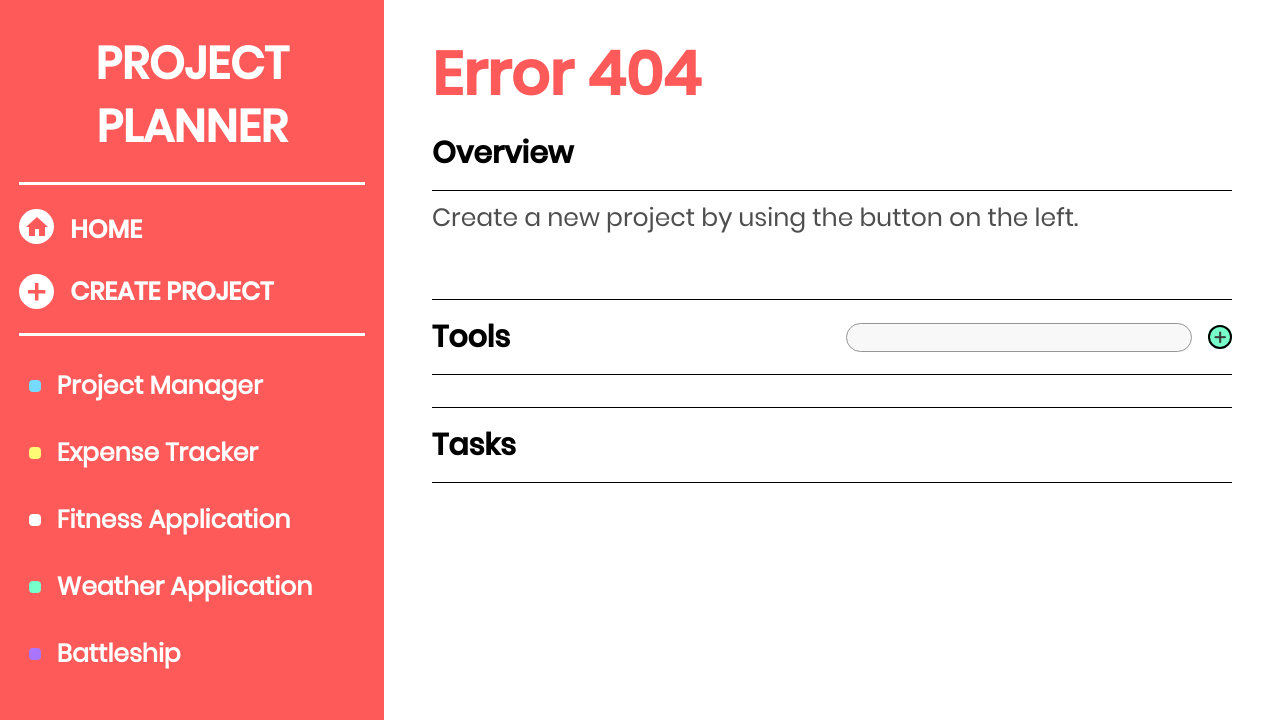
Repository: AzharMoosa/project-manager
Page: /project
These files come from the project's save history. The page is drawn as it stood at one moment and after the next save; the edit follows.
The browser window is 1280 px wide. The pictures show the whole page.
The project was rebuilt for these pictures with package versions that can differ from the ones it lists, and the page was loaded fresh each time. A package was used in the major version that the imports need, not the one package.json lists. Also part of the build but not shown: src/components/home/ProgressBar.js, src/components/home/ProjectProgress.js, src/components/home/Home.js, src/components/current-project/Task.js.

Above is the page before, as saved 2020-06-24 10:25:29.

### public/index.html
<!DOCTYPE html>
<html lang="en">
  <head>
    <meta charset="utf-8" />
    <link rel="icon" href="%PUBLIC_URL%/favicon.ico" />
    <meta name="viewport" content="width=device-width, initial-scale=1" />
    <meta name="theme-color" content="#000000" />
    <meta
      name="description"
      content="Web site created using create-react-app"
    />
    <link rel="apple-touch-icon" href="%PUBLIC_URL%/logo192.png" />

    <link rel="manifest" href="%PUBLIC_URL%/manifest.json" />

    <title>Project Planner</title>
  </head>
  <body>
    <noscript>You need to enable JavaScript to run this app.</noscript>
    <div id="root"></div>
  </body>
</html>

### src/App.js
import React from "react";
import Sidebar from "./components/sidebar/Siebar";
import Main from "./components/Main";
import Modal from "./components/modal/Modal";
import { ProjectProvider } from "./ProjectContext";
import { SelectedProjectProvider } from "./SelectedProjectContext";
import { BrowserRouter } from "react-router-dom";

import "./App.css";

function App() {
  return (
    <BrowserRouter>
      <ProjectProvider>
        <SelectedProjectProvider>
          <div className='container'>
            <Sidebar />
            <Main />
            <Modal />
          </div>
        </SelectedProjectProvider>
      </ProjectProvider>
    </BrowserRouter>
  );
}

export default App;

### src/components/sidebar/Siebar.js
import React from "react";
import Header from "./Header";
import ProjectList from "../project-list/ProjectList";

const Siebar = () => {
  return (
    <div className='sidebar'>
      <Header />
      <ProjectList />
    </div>
  );
};

export default Siebar;

### src/components/Main.js
import React from "react";
import { Switch, Route } from "react-router-dom";
import Home from "./home/Home";
import CurrentProject from "./current-project/CurrentProject";

const Main = () => {
  return (
    <Switch>
      <Route exact path='/' component={Home}></Route>
      <Route exact path='/project' component={CurrentProject}></Route>
    </Switch>
  );
};

export default Main;

### src/components/modal/Modal.js
import React, { useContext, useState } from "react";
import { ProjectContext } from "../../ProjectContext";

const Modal = () => {
  // eslint-disable-next-line
  const [projects, setProjects] = useContext(ProjectContext);
  const [projectTitle, setProjectTitle] = useState("");
  const [projectOverview, setProjectOverview] = useState("");

  const hidePopup = () => {
    let popup = document.querySelector(".create-project-popup");
    popup.classList.add("hide");
  };

  const createProject = (e) => {
    if (projectTitle === "") {
      return;
    }
    e.preventDefault();
    let newProject = {
      name: projectTitle,
      overview: projectOverview,
      tools: [],
      progress: 0,
      tasks: [],
      color: "white",
      date: "",
      id: Math.floor(Math.random() * 100),
    };
    setProjects((projects) => [...projects, newProject]);
    setProjectTitle("");
    setProjectOverview("");
    clearTitleInput();
    clearOverviewInput();
    hidePopup();
  };

  const clearTitleInput = () => {
    let titleInput = document.querySelector(".title-input");
    titleInput.value = "";
  };

  const clearOverviewInput = () => {
    let overviewInput = document.querySelector(".overview-input");
    overviewInput.value = "";
  };

  return (
    <div className='create-project-popup hide'>
      <div className='create-project-popup-content'>
        <h1>CREATE PROJECT</h1>
        <form className='form-input'>
          <label htmlFor='title'>PROJECT TITLE</label>
          <input
            type='text'
            onChange={(e) => setProjectTitle(e.target.value)}
            className='title-input'
          />
          <label htmlFor='title'>PROJECT OVERVIEW</label>
          <textarea
            type='text'
            onChange={(e) => setProjectOverview(e.target.value)}
            className='overview-input'
          />
          <button className='create-btn' onClick={createProject}>
            CREATE
          </button>
        </form>
      </div>
    </div>
  );
};

export default Modal;

### src/ProjectContext.js
import React, { useState, createContext } from "react";

export const ProjectContext = createContext();

export const ProjectProvider = (props) => {
  const [projects, setProjects] = useState([
    {
      name: "Project Manager",
      overview:
        "A project management application which allows you to plan personal projects and track its progress.  Create detail plans of projects before developing projects.",
      tools: ["HTML", "CSS", "JAVASCRIPT", "REACT"],
      progress: 60,
      tasks: [
        { task: "Create Project Plans", complete: true },
        { task: "Todo List for Each Project", complete: false },
        { task: "Track Progress", complete: true },
        { task: "Priority List", complete: true },
        { task: "Choose Tools In Each Project", complete: false },
        { task: "Clean And Simple Design", complete: true },
        { task: "Use REACT", complete: false },
      ],
      color: "blue",
      date: "26/06/2020",
      id: 28392,
    },

    {
      name: "Expense Tracker",
      overview:
        "A expense tracker application which allows you to budget and track your savings.  Track what expenses you have.",
      tools: ["HTML", "CSS", "JAVASCRIPT", "REACT"],
      progress: 40,
      tasks: [
        { task: "Expenses In And Out", complete: true },
        { task: "Current Balance", complete: false },
        { task: "Highest Money Out", complete: true },
        { task: "Clean And Simple Design", complete: true },
        { task: "Use REACT", complete: false },
      ],
      color: "yellow",
      date: "",
      id: 2032,
    },

    {
      name: "Fitness Application",
      overview:
        "A fitness application which can track workouts and meal plans. Plan exercise routines and meal plans all in one hub.",
      tools: [
        "HTML",
        "CSS",
        "JAVASCRIPT",
        "REACT",
        "NODEJS",
        "EXPRESS",
        "MONGODB",
      ],
      progress: 0,
      tasks: [
        { task: "Exercise Plan", complete: true },
        { task: "Diet Plan", complete: false },
        { task: "Clean And Simple Design", complete: true },
        { task: "Use REACT", complete: false },
      ],
      color: "white",
      date: "30/09/2020",
      id: 203234,
    },

    {
      name: "Weather Application",
      overview:
        "A weather application which can track weather and climate. See weather and climate for different locations all around the world.",
      tools: ["HTML", "CSS", "JAVASCRIPT", "REACT", "ADOBE XD"],
      progress: 30,
      tasks: [
        { task: "Weather", complete: true },
        { task: "Temp, Humidity, Pressure", complete: false },
        { task: "Clean And Simple Design", complete: true },
        { task: "Use REACT", complete: false },
      ],
      color: "green",
      date: "16/12/2020",
      id: 20327734,
    },

    {
      name: "Battleship",
      overview: "Battleship created in REACT and using Javascript Testing.",
      tools: ["HTML", "CSS", "JAVASCRIPT", "REACT", "ADOBE XD", "JEST"],
      progress: 100,
      tasks: [
        { task: "Battleship Game", complete: true },
        { task: "Using Testing", complete: false },
        { task: "Clean And Simple Design", complete: true },
        { task: "Use REACT", complete: false },
      ],
      color: "purple",
      date: "",
      id: 2027734,
    },
  ]);

  return (
    <ProjectContext.Provider value={[projects, setProjects]}>
      {props.children}
    </ProjectContext.Provider>
  );
};

### src/SelectedProjectContext.js
import React, { useState, createContext } from "react";

export const SelectedProjectContext = createContext();

export const SelectedProjectProvider = (props) => {
  const [selectedProject, setSelectedProject] = useState({
    name: "Error 404",
    overview: "Create a new project by using the button on the left.",
    tools: [],
    progress: 0,
    tasks: [],
    color: "",
    date: "",
    id: 21,
  });

  return (
    <SelectedProjectContext.Provider
      value={[selectedProject, setSelectedProject]}
    >
      {props.children}
    </SelectedProjectContext.Provider>
  );
};

### src/App.css
:root {
  --red: #ff5a5a;
  --green: #76ffca;
  --blue: #76daff;
  --yellow: #fffa76;
  --purple: #ab76ff;
}

/* CSS RESET */

* {
  margin: 0;
  padding: 0;
  box-sizing: border-box;
}

/* Fonts */

@font-face {
  font-family: "Poppins-Med";
  src: url("./fonts/Poppins-Medium.ttf");
}

@font-face {
  font-family: "Poppins-Reg";
  src: url("./fonts/Poppins-Regular.ttf");
}

/* Body */

body {
  font-family: "Poppins-Reg";
  line-height: 1.4;
}

/* Utilities */

/* Bullet Points */

.white:before,
.blue:before,
.yellow:before,
.green:before,
.purple:before {
  content: " ";
  height: 12px;
  width: 12px;
  margin-right: 1rem;
  border-radius: 4px;
}

.blue:before {
  background-color: var(--blue);
}

.yellow:before {
  background-color: var(--yellow);
}

.green:before {
  background-color: var(--green);
}

.purple:before {
  background-color: var(--purple);
}

.white:before {
  background-color: #fff;
}

/* Container */
.container {
  display: flex;
}

/* Sidebar */
.sidebar {
  width: 30vw;
  background-color: var(--red);
  min-height: 100vh;
  color: #fff;
}

.title {
  font-size: 45px;
  font-family: "Poppins-Med";
  text-align: center;
  padding-top: 2rem;
}

.nav-btns::after,
.nav-btns:before {
  content: " ";
  display: block;
  border-bottom: 3px solid #fff;
  width: 100%;
  margin: 1.5rem auto;
}

.nav-btns {
  width: 90%;
  margin: auto;
}

.home-btn,
.create-project-btn {
  display: flex;
  align-items: center;
  margin-top: 1.5rem;
}

.home-btn h3,
.create-project-btn h3 {
  margin-left: 1rem;
  font-family: "Poppins-Med";
  font-size: 25px;
}

.home-btn svg,
.create-project-btn svg {
  cursor: pointer;
}

/* Home */

.home {
  width: 70vw;
  display: flex;
  flex-direction: column;
}

.home-title {
  font-size: 80px;
  font-family: "Poppins-Med";
  color: var(--red);
  text-align: center;
  margin-top: 1rem;
}

.home-title:after {
  content: " ";
  display: block;
  border-bottom: 5px solid var(--red);
  width: 342px;
  margin: 0 auto 1.5rem auto;
}

/* Selected Project */

.selected-project {
  width: 70vw;
  display: flex;
  flex-direction: column;
  padding: 2rem 3rem;
}

.selected-project-title {
  color: var(--red);
  font-size: 60px;
  font-family: "Poppins-Med";
}

.selected-project h3 {
  font-size: 30px;
  font-family: "Poppins-Med";
  margin-top: 1rem;
}

.selected-project-heading:after,
.tools:before {
  content: " ";
  display: block;
  border-bottom: 1px solid #000;
  padding: 0.5rem 0;
}

.overview {
  color: #4e4e4e;
  font-size: 25px;
  font-family: "Poppins-Reg";
  padding: 0.5rem 0;
  outline: none;
  border: none;
  resize: none;
}

.tools-head {
  display: flex;
  justify-content: space-between;
  align-items: center;
  border-bottom: 1px solid #000;
  padding-bottom: 1rem;
}

.tools-input {
  margin-top: 1rem;
  display: flex;
  justify-content: center;
  align-items: center;
}

.add-tools {
  width: 346px;
  height: 29px;
  background-color: #f8f8f8;
  border: 1px solid #959595;
  border-radius: 15px;
  margin-right: 1rem;
  font-size: 15px;
  outline: none;
  padding: 0 1rem;
}

.add-tool-btn {
  cursor: pointer;
}

.tools-body {
  border-bottom: 1px solid #000;
}

.tools-body h3 {
  font-family: "Poppins-Reg";
  padding-bottom: 1rem;
  color: #4e4e4e;
  font-size: 25px;
}

.tasks-title {
  display: flex;
  align-items: center;
  border-bottom: 1px solid #000;
  padding-bottom: 1rem;
}

.bullet-point {
  border-radius: 50%;
  width: 41px;
  height: 41px;
  background: #fff;
  border: 3px solid #000;
  cursor: pointer;
  margin-right: 1rem;
}

.complete {
  background: var(--blue);
}

.task {
  display: flex;
  align-items: center;
}

.task h3 {
  font-size: 25px;
  font-family: "Poppins-Reg";
  margin-bottom: 1rem;
}

/* Project Sidebar List */

.project-side {
  width: 85%;
  margin: 2rem auto;
  display: flex;
  align-items: center;
  cursor: pointer;
}

.project-side h3 {
  font-size: 25px;
}

/* Progress Bar */
.progressbar {
  width: 90%;
  background-color: #fff;
  border: 2px solid #2f2f2f;
  border-radius: 17px;
  margin: 0 auto 2rem auto;
}

.progressbar > div {
  background-color: var(--green);
  height: 33px;
  border-radius: 17px;
}

.progressbar > div h3 {
  display: flex;
  justify-content: flex-end;
  align-items: center;
  line-height: 1.8;
  margin-right: 1rem;
}

/* Project List */

.project-title {
  width: 90%;
  margin: 1.2rem auto;
  display: flex;
  justify-content: space-between;
}

.project-title h3 {
  font-size: 25px;
  font-family: "Poppins-Med";
}

.project-title h4 {
  font-size: 20px;
  font-family: "Poppins-Reg";
  color: #505050;
}

/* Create Project Popup */

.hide {
  display: none !important;
}

.create-project-popup {
  display: flex;
  justify-content: center;
  align-items: center;
  position: fixed;
  z-index: 1;
  left: 0;
  top: 0;
  width: 100%;
  height: 100%;
  background-color: rgb(0, 0, 0);
  background-color: rgba(99, 99, 99, 0.6);
}

.create-project-popup-content {
  background-color: var(--red);
  padding: 20px;
  border: 3px solid #343434;
  min-width: 526px;
  min-height: 617px;
  color: #fff;
  -webkit-box-shadow: 10px 10px 6px 0px rgba(0, 0, 0, 0.75);
  -moz-box-shadow: 10px 10px 6px 0px rgba(0, 0, 0, 0.75);
  box-shadow: 10px 10px 6px 0px rgba(0, 0, 0, 0.75);
}

.create-project-popup-content h1 {
  text-align: center;
}

.create-project-popup-content h1:after {
  content: " ";
  display: block;
  border-bottom: 3px solid #fff;
  width: 250px;
  margin: 0 auto 1.5rem auto;
}

.form-input {
  width: 100%;
  display: flex;
  flex-direction: column;
  justify-content: center;
}

.form-input label {
  font-size: 25px;
  font-family: "Poppins-Med";
}

.form-input input {
  height: 46px;
  background-color: transparent;
  border: 2px solid #fff;
  outline: none;
  color: #fff;
  font-size: 21px;
  padding: 0 0.5rem;
  width: 100%;
  margin-bottom: 2rem;
}

.form-input textarea {
  height: 202px;
  background-color: transparent;
  border: 2px solid #fff;
  outline: none;
  color: #fff;
  font-size: 21px;
  padding: 0.5rem 0.5rem;
  width: 100%;
  margin-bottom: 2rem;
  font-family: "Poppins-Reg";
}

.create-btn {
  background-color: var(--green);
  width: 155px;
  height: 48px;
  border-radius: 24px;
  border: none;
  font-size: 22px;
  margin: 2rem auto 0 auto;
}

### src/components/sidebar/Header.js
import React from "react";
import { Link } from "react-router-dom";

const Header = () => {
  const displayPopup = () => {
    let popup = document.querySelector(".create-project-popup");
    popup.classList.remove("hide");
  };

  return (
    <div>
      <h1 className='title'>PROJECT PLANNER</h1>
      <div className='nav-btns'>
        <div className='home-btn'>
          <Link to='/'>
            <svg
              xmlns='http://www.w3.org/2000/svg'
              width='35'
              height='35'
              viewBox='0 0 35 35'
            >
              <g
                id='Home_Btn'
                data-name='Home Btn'
                transform='translate(-139 -182)'
              >
                <circle
                  id='Ellipse_1'
                  data-name='Ellipse 1'
                  cx='17.5'
                  cy='17.5'
                  r='17.5'
                  transform='translate(139 182)'
                  fill='#fff'
                />
                <path
                  id='icons8-home'
                  d='M12,2.1,1,12H4v9h6V14h4v7h6V12h3Z'
                  transform='translate(145 187.9)'
                  fill='#ff5a5a'
                />
              </g>
            </svg>
          </Link>
          <h3>HOME</h3>
        </div>

        <div className='create-project-btn'>
          <svg
            xmlns='http://www.w3.org/2000/svg'
            width='35'
            height='35'
            viewBox='0 0 35 35'
            onClick={displayPopup}
          >
            <g id='Group_6' data-name='Group 6' transform='translate(-50 -242)'>
              <circle
                id='Ellipse_2'
                data-name='Ellipse 2'
                cx='17.5'
                cy='17.5'
                r='17.5'
                transform='translate(50 242)'
                fill='#fff'
              />
              <path
                id='icons8-plus'
                d='M8.922,2V8.922H2v1.538H8.922v6.922h1.538V10.461h6.922V8.922H10.461V2Z'
                transform='translate(58 250)'
                fill='#ff5a5a'
                stroke='#ff5a5a'
                strokeWidth='2'
                fillRule='evenodd'
              />
            </g>
          </svg>
          <h3>CREATE PROJECT</h3>
        </div>
      </div>
    </div>
  );
};

export default Header;

### src/components/project-list/ProjectList.js
import React, { useContext } from "react";
import { ProjectContext } from "../../ProjectContext";
import ProjectSide from "./ProjectSide";

const ProjectList = () => {
  // eslint-disable-next-line
  const [projects, setProjects] = useContext(ProjectContext);

  return (
    <div>
      {projects.map((project) => (
        <ProjectSide
          name={project.name}
          color={project.color}
          key={project.id}
          project={project}
        />
      ))}
    </div>
  );
};

export default ProjectList;

### src/components/current-project/CurrentProject.js
import React, { useContext, useState } from "react";
import Task from "./Task";

import { SelectedProjectContext } from "../../SelectedProjectContext";

const CurrentProject = () => {
  // eslint-disable-next-line
  const [selectedProject, setSelectedProject] = useContext(
    SelectedProjectContext
  );

  const modifyOverview = (e) => {};

  return (
    <div className='selected-project'>
      <h1 className='selected-project-title'>{selectedProject.name}</h1>
      <h3 className='selected-project-heading'>Overview</h3>
      <textarea
        type='text'
        className='overview'
        value={selectedProject.overview}
        onChange={modifyOverview}
      />
      <div className='tools'>
        <div className='tools-head'>
          <h3>Tools</h3>
          <div className='tools-input'>
            <input type='text' className='add-tools' />
            <svg
              xmlns='http://www.w3.org/2000/svg'
              width='24'
              height='24'
              viewBox='0 0 24 24'
              className='add-tool-btn'
            >
              <g
                id='Add_Tool_Btn'
                data-name='Add Tool Btn'
                transform='translate(-49.866 -241.866)'
              >
                <g
                  id='Ellipse_2'
                  data-name='Ellipse 2'
                  transform='translate(49.866 241.866)'
                  fill='#76ffca'
                  stroke='#000'
                  strokeWidth='2'
                >
                  <circle cx='12' cy='12' r='12' stroke='none' />
                  <circle cx='12' cy='12' r='11' fill='none' />
                </g>
                <path
                  id='icons8-plus'
                  d='M6.72,2V6.72H2V7.769H6.72v4.72H7.769V7.769h4.72V6.72H7.769V2Z'
                  transform='translate(54.819 246.819)'
                  stroke='#404040'
                  strokeWidth='1'
                  fillRule='evenodd'
                />
              </g>
            </svg>
          </div>
        </div>
        <div className='tools-body'>
          <h3>{selectedProject.tools.join(" | ")}</h3>
        </div>
      </div>

      <h3 className='selected-project-heading'>Tasks</h3>

      <div className='tasks'>
        {selectedProject.tasks.map((task) => (
          <Task key={Math.random() * 100} task={task} />
        ))}
      </div>
    </div>
  );
};

export default CurrentProject;

### src/components/project-list/ProjectSide.js
import React, { useContext } from "react";
import { SelectedProjectContext } from "../../SelectedProjectContext";
import { Link } from "react-router-dom";

const Project = ({ name, color, project }) => {
  // eslint-disable-next-line
  const [selectedProject, setSelectedProject] = useContext(
    SelectedProjectContext
  );

  return (
    <Link to='/project' style={{ textDecoration: "none", color: "#fff" }}>
      <div className={`project-side ${color}`}>
        <h3
          onClick={() => {
            setSelectedProject(project);
          }}
        >
          {name}
        </h3>
      </div>
    </Link>
  );
};

export default Project;

Loaded but not shown: src/index.js (common file)

After the next save:
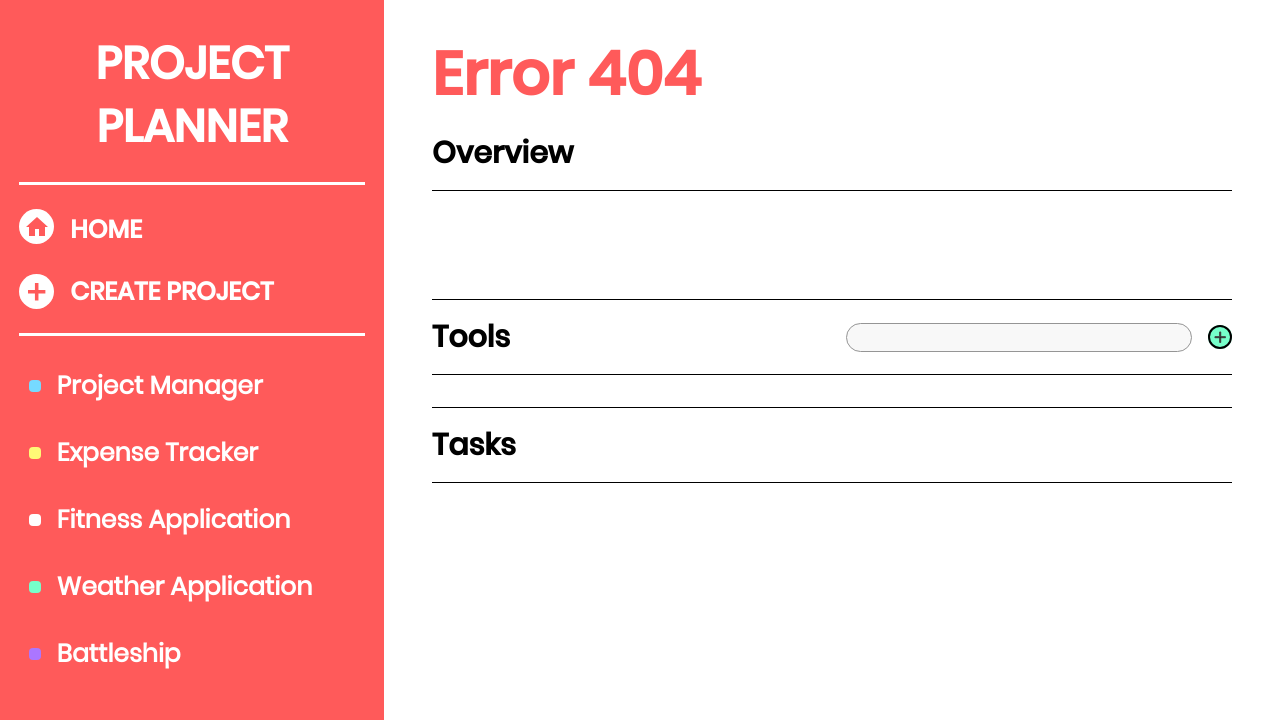
Saved 101 s later.
--- a/src/components/current-project/CurrentProject.js
+++ b/src/components/current-project/CurrentProject.js
@@ -18,7 +18,7 @@ const CurrentProject = () => {
       <textarea
         type='text'
         className='overview'
-        value={selectedProject.overview}
+        // value={selectedProject.overview}
         onChange={modifyOverview}
       />
       <div className='tools'>
